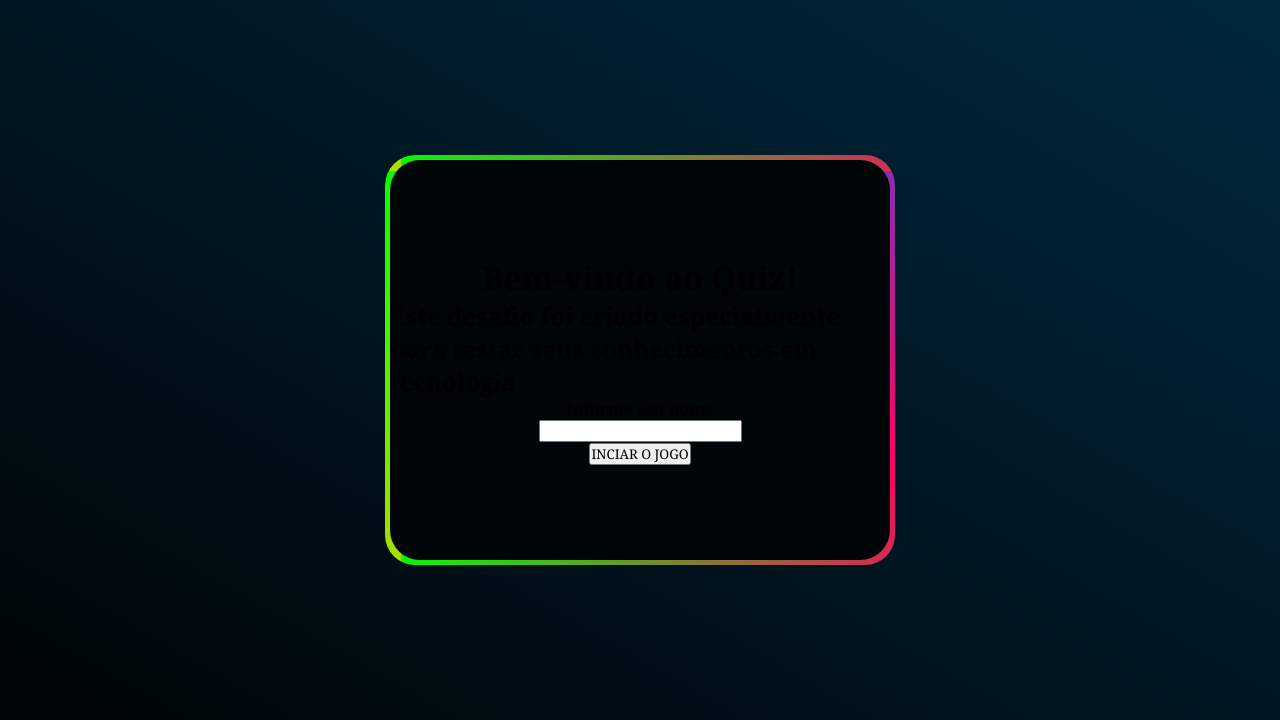
Repository: LaisSilvaO/Projeto-Quizz
Page: telas/apresentação.html
The author's editor kept a copy of each file at every save. The page is drawn from the files as they stood at one save, then again after the next save.
The browser window is 1280 px wide. The pictures show the whole page.

Above is the page before, as saved 2024-12-25 19:50:35.

After the next save:
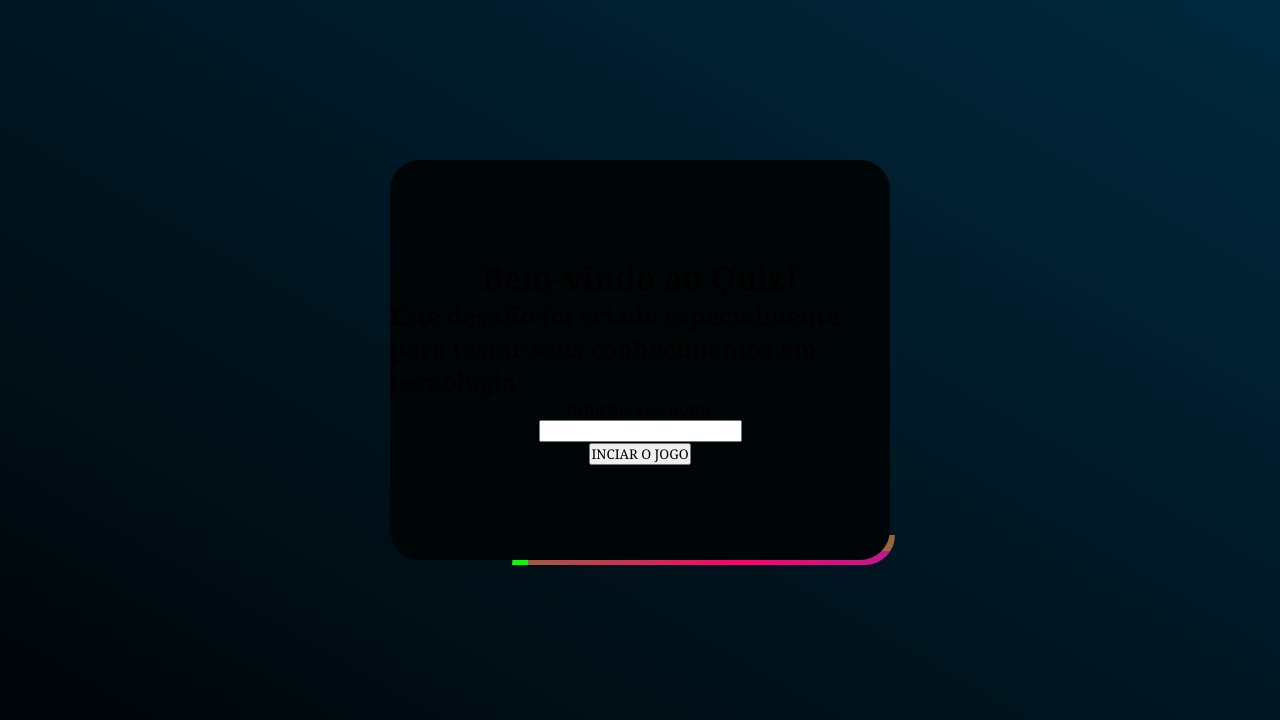
Saved 2 min 32 s later.
--- a/img/tela.css
+++ b/img/tela.css
@@ -69,18 +69,23 @@ main {
 
 @keyframes borderAnimation {
   0% {
-    background-position: 400% 0%;
-  }
-  25% {
-    background-position: 0% 0%;
-  }
-  50% {
-    background-position: 0% 400%;
-  }
-  75% {
-    background-position: 400% 400%;
-  }
-  100% {
-    background-position: 400% 0%;
-  }
+    top: 0;
+    left: 0;
 }
+25% {
+    top: 0;
+    left: 380px;
+}
+50% {
+    top: 380px;
+    left: 380px;
+}
+75% {
+    top: 380px;
+    left: 0;
+}
+100% {
+    top: 0;
+    left: 0;
+}
+}
